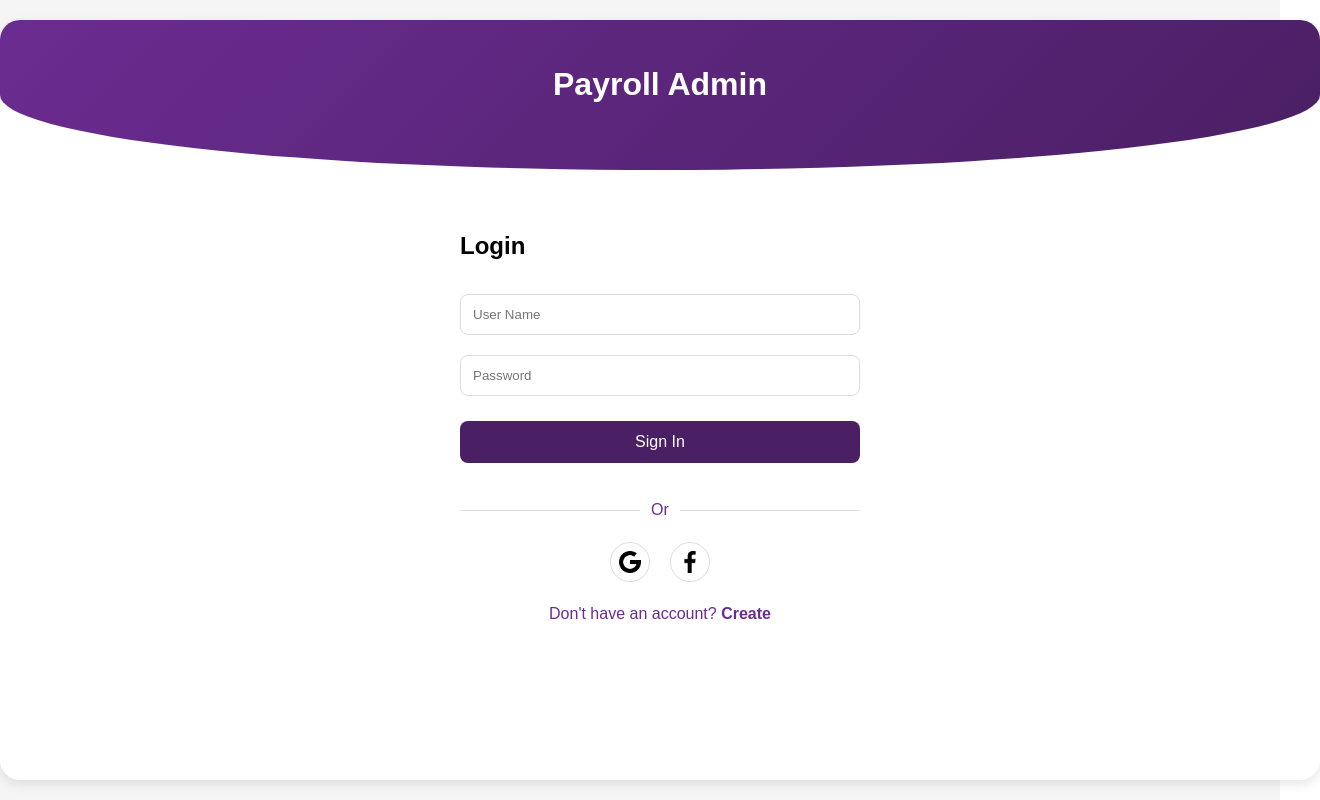
Repository: nino-pixel/payrolllatest
Page: / (app in web_vue/)
These files come from the project's save history. The page is drawn as it stood at one moment and after the next save; the edit follows.
The browser window is 1280 px wide. The page is 1320 px wide, then 1280 px, so the pictures cover 1320 px, including what lies to the right of the window. The pictures show the whole page.
The project was rebuilt for these pictures with package versions that can differ from the ones it lists, and the page was loaded fresh each time. Also part of the build but not shown: web_vue/vite.config.js, web_vue/src/components/sign_up.vue, web_vue/src/components/dashboard.vue, web_vue/src/components/employee_management.vue, web_vue/src/components/attendance_management.vue, web_vue/src/components/generate_payroll.vue, web_vue/src/components/mark_attendance_manually.vue, web_vue/src/components/view_payment_history.vue and 2 more.

Above is the page before, as saved 2024-12-20 09:38:39.

### web_vue/src/main.js
import { createApp } from 'vue'
import './style.css'
import App from './App.vue'
import router from './router'
import html2pdf from 'html2pdf.js';
// ECharts imports
import VChart from 'vue-echarts'
import { use } from 'echarts/core'
import { CanvasRenderer } from 'echarts/renderers'
import { PieChart, LineChart, BarChart, GaugeChart } from 'echarts/charts'
import {
  TitleComponent,
  TooltipComponent,
  LegendComponent,
  GridComponent
} from 'echarts/components'

// Register ECharts components
use([
  CanvasRenderer,
  PieChart,
  LineChart,
  BarChart,
  GaugeChart,
  TitleComponent,
  TooltipComponent,
  LegendComponent,
  GridComponent
])

const app = createApp(App)
app.component('v-chart', VChart)
app.use(router)
app.mount('#app')

### web_vue/src/style.css
:root {
  font-family: Inter, system-ui, Avenir, Helvetica, Arial, sans-serif;
  line-height: 1.5;
  font-weight: 400;
  color-scheme: light dark;
  color: rgba(255, 255, 255, 0.87);
  background-color: #242424;
  font-synthesis: none;
  text-rendering: optimizeLegibility;
  -webkit-font-smoothing: antialiased;
  -moz-osx-font-smoothing: grayscale;
}

body {
  margin: 0;
  padding: 0;
  min-height: 100vh;
  width: 100%;
}

/* Remove the centering and width constraints */
#app {
  max-width: none;
  margin: 0;
  padding: 0;
  width: 100%;
  min-height: 100vh;
}

/* Adjust other styles */
.card {
  padding: 2em;
  width: 100%;
  box-sizing: border-box;
}

button {
  border-radius: 8px;
  border: 1px solid transparent;
  padding: 0.6em 1.2em;
  font-size: 1em;
  font-weight: 500;
  font-family: inherit;
  background-color: #1a1a1a;
  cursor: pointer;
  transition: border-color 0.25s;
}

/* Media query adjustments */
@media (prefers-color-scheme: light) {
  :root {
    color: #213547;
    background-color: #ffffff;
  }
  a:hover {
    color: #747bff;
  }
  button {
    background-color: #f9f9f9;
  }
}

### web_vue/src/App.vue
<template>
  <div id="app">
    <Sidebar v-if="showSidebar" :is-collapsed="isSidebarCollapsed" @toggle="toggleSidebar" />
    <div :class="['main-content', { 'with-sidebar': showSidebar && !isSidebarCollapsed }]">
      <router-view />
    </div>
  </div>
</template>

<script>
import Sidebar from './components/Sidebar.vue'

export default {
  name: 'App',
  components: {
    Sidebar
  },
  data() {
    return {
      isSidebarCollapsed: false
    }
  },
  computed: {
    showSidebar() {
      const noSidebarRoutes = ['/login', '/signup'];
      return !noSidebarRoutes.includes(this.$route.path);
    }
  },
  methods: {
    toggleSidebar() {
      this.isSidebarCollapsed = !this.isSidebarCollapsed;
    }
  }
}
</script>

<style>
/* App styling remains mostly the same */

#app {
  font-family: Arial, sans-serif;
  display: flex;
  min-height: 100vh;
  background: #f5f5f5;
}

.main-content {
  flex: 1;
  transition: margin-left 0.3s ease;
  min-height: 100vh;
}

/* When sidebar is visible and not collapsed */
.main-content.with-sidebar {
  margin-left: 250px; /* Sidebar expanded width */
}

/* When sidebar is collapsed */
.main-content.with-sidebar.collapsed {
  margin-left: 60px; /* Sidebar collapsed width */
}

@media (max-width: 768px) {
  .main-content.with-sidebar {
    margin-left: 60px; /* Adjust for smaller screens */
  }

  .main-content.with-sidebar.collapsed {
    margin-left: 0;
  }
}
</style>

### web_vue/src/router/index.js
import { createRouter, createWebHistory } from 'vue-router'
import LoginPage from '../components/login_page.vue'
import SignupPage from '../components/sign_up.vue'
import Dashboard from '../components/dashboard.vue'
import EmployeeManagement from '../components/employee_management.vue'
import AttendanceManagement from '../components/attendance_management.vue'
import GeneratePayroll from '../components/generate_payroll.vue'
import MarkAttendanceManually from '../components/mark_attendance_manually.vue'
import ViewPaymentHistory from '../components/view_payment_history.vue'
import SalaryAdjustment from '../components/salary_adjustment.vue'
import reports_and_analytics from '../components/reports_and_analytics.vue'
import Sidebar from '../components/Sidebar.vue'
const routes = [
  {
    path: '/login',
    name: 'Login',
    component: LoginPage,
    meta: { requiresAuth: false },
    layout: 'no-sidebar'  // Add this meta field


  },
  {
    path: '/',
    redirect: '/dashboard'
  },
  {
    path: '/signup',
    name: 'Signup',
    component: SignupPage,
    meta: { requiresAuth: false },
    layout: 'no-sidebar'  // Add this meta field


  },
  {
    path: '/dashboard',
    name: 'Dashboard',
    component: Dashboard,
    meta: { requiresAuth: true }

  },
  {
    path: '/employees',
    name: 'Employees',
    component: EmployeeManagement,
    meta: { requiresAuth: true }

  },
  {
    path: '/attendance',
    name: 'Attendance',
    component: AttendanceManagement,
    meta: { requiresAuth: true }

  },
  {
    path: '/generate_payroll',
    name: 'GeneratePayroll',
    component: GeneratePayroll
  },
  {
    path: '/mark_attendance_manually',
    name: 'MarkAttendanceManually',
    component: MarkAttendanceManually
  },
  {
    path: '/view_payment_history',
    name: 'ViewPaymentHistory',
    component: ViewPaymentHistory
  },
  {
    path: '/salary_adjustment',
    name: 'SalaryAdjustment',
    component: SalaryAdjustment
  },
  {
    path: '/reports_and_analytics',
    name: 'ReportsAndAnalytics',
    component: reports_and_analytics
  },


  // Add other routes here as needed
]

const router = createRouter({
  history: createWebHistory(),
  routes
})
router.beforeEach((to, from, next) => {
  const isAuthenticated = !!localStorage.getItem('token')

  // If route requires auth and user is not authenticated
  if (to.meta.requiresAuth && !isAuthenticated) {
    next('/login')
  }
  // If trying to access login/signup while authenticated
  else if ((to.path === '/login' || to.path === '/signup') && isAuthenticated) {
    next('/dashboard')
  }
  // Otherwise proceed normally
  else {
    next()
  }
})
export default router

### web_vue/src/components/Sidebar.vue
<template>
  <div class="layout">
    <div
      class="sidebar"
      :class="{ collapsed: isCollapsed }"
      :style="{ left: isSidebarVisible ? '0' : '-250px' }"
    >
      <div class="sidebar-header">
        <img src="../assets/payroll_logo.png" alt="PayrollEmp" class="logo" />
      </div>

      <nav class="sidebar-nav">
        <router-link to="/dashboard" class="nav-item">
          <i class="fas fa-chart-line"></i>
          <span v-if="!isCollapsed">Dashboard</span>
        </router-link>

        <div class="nav-group">
          <div class="nav-group-title" v-if="!isCollapsed">Employee Management</div>
          <router-link to="/employees" class="nav-item">
            <i class="fas fa-users"></i>
            <span v-if="!isCollapsed">Employees</span>
          </router-link>
          <router-link to="/salary_adjustment" class="nav-item">
            <i class="fas fa-money-bill-wave"></i>
            <span v-if="!isCollapsed">Salary Adjustment</span>
          </router-link>
        </div>

        <div class="nav-group">
          <div class="nav-group-title" v-if="!isCollapsed">Attendance</div>
          <router-link to="/attendance" class="nav-item">
            <i class="fas fa-calendar-check"></i>
            <span v-if="!isCollapsed">Attendance Management</span>
          </router-link>
          <router-link to="/mark_attendance_manually" class="nav-item">
            <i class="fas fa-clock"></i>
            <span v-if="!isCollapsed">Mark Attendance</span>
          </router-link>
        </div>

        <div class="nav-group">
          <div class="nav-group-title" v-if="!isCollapsed">Payroll</div>
          <router-link to="/generate_payroll" class="nav-item">
            <i class="fas fa-file-invoice-dollar"></i>
            <span v-if="!isCollapsed">Generate Payroll</span>
          </router-link>
          <router-link to="/view_payment_history" class="nav-item">
            <i class="fas fa-history"></i>
            <span v-if="!isCollapsed">Payment History</span>
          </router-link>
        </div>

        <router-link to="/reports_and_analytics" class="nav-item">
          <i class="fas fa-chart-bar"></i>
          <span v-if="!isCollapsed">Reports & Analytics</span>
        </router-link>
      </nav>

      <div class="sidebar-footer">
        <div class="minimize-btn-container">
          <button class="collapse-btn" @click="toggleSidebar">
            <i :class="isCollapsed ? 'fas fa-chevron-right' : 'fas fa-chevron-left'"></i>
          </button>
        </div>

        <div class="logout-container">
          <button class="logout-btn" @click="handleLogout">
            <i class="fas fa-sign-out-alt"></i>
            <span v-if="!isCollapsed">Logout</span>
          </button>
        </div>
      </div>
    </div>

    <div class="content" :class="{ expanded: isCollapsed }">
      <router-view />
    </div>
  </div>
</template>

<script>
export default {
  name: "Sidebar",
  data() {
    return {
      isCollapsed: false,
      isSidebarVisible: true,
    };
  },
  watch: {
    $route(to) {
      const noSidebarRoutes = ["/login", "/signup"];
      this.isSidebarVisible = !noSidebarRoutes.includes(to.path);
    },
  },
  methods: {
    toggleSidebar() {
      this.isCollapsed = !this.isCollapsed;
    },
    handleLogout() {
      if (confirm("Are you sure you want to logout?")) {
        localStorage.removeItem("token");
        localStorage.removeItem("user");
        this.$router.push("/login");
      }
    },
  },
  mounted() {
    const noSidebarRoutes = ["/login", "/signup"];
    this.isSidebarVisible = !noSidebarRoutes.includes(this.$route.path);
  },
};
</script>

<style scoped>
.sidebar {
  width: 250px;
  height: 100vh;
  background: linear-gradient(135deg, #660066, #cc66ff);
  color: white;
  position: fixed;
  left: 0;
  top: 0;
  transition: all 0.3s ease;
  z-index: 100;
  display: flex;
  flex-direction: column;
}


.sidebar.collapsed {
  width: 60px; /* Minimized width */
}

.sidebar-header {
  padding: 0.5rem;
  display: flex;
  align-items: center;
  justify-content: center;
  border-bottom: 1px solid rgba(255, 255, 255, 0.1);
  min-height: 50px;
}
.content {
  margin-left: 250px;
  transition: margin-left 0.3s ease;
  width: calc(100% - 250px);
}
.content.expanded {
  margin-left: 60px;
  width: calc(100% - 60px);
}
.logo {
  height: 45px;
  width: 45px;
  border-radius: 360%;
}

.sidebar-nav {
  padding: 0.3rem 0;
  flex: 1;
  display: flex;
  flex-direction: column;
  gap: 0.2rem;
}

.nav-item {
  display: flex;
  align-items: center;
  padding: 0.3rem 1rem;
  color: white;
  text-decoration: none;
  transition: all 0.3s ease;
  gap: 0.75rem;
  height: 32px;
  font-size: 0.85rem;
}
.nav-item:hover {
  background: rgba(255, 255, 255, 0.1);
}
.nav-item i {
  width: 20px;
  text-align: center;
  font-size: 0.9rem;
}

.sidebar-footer {
  border-top: 1px solid rgba(255, 255, 255, 0.1);
  margin-top: auto;
}

.minimize-btn-container {
  height: 32px;
  padding: 0.3rem;
  display: flex;
  justify-content: center;
  border-bottom: 1px solid rgba(255, 255, 255, 0.1);
}
.collapse-btn {
  background: none;
  border: none;
  color: white;
  cursor: pointer;
  width: 100%;
  height: 32px;
  transition: all 0.3s ease;
}
.layout {
  display: flex;
  width: 100%;
  height: 100vh;
}
@media (max-width: 768px) {
  .sidebar {
    width: 60px;
  }
}


.content {
    margin-left: 60px;
    width: calc(100% - 60px);
  }

  .sidebar.collapsed {
    width: 0;
    overflow: hidden;
  }

  .content.expanded {
    margin-left: 0;
    width: 100%;
  }
</style>

### web_vue/src/components/login_page.vue
<template>
  <div class="login-container">
    <div class="wave-bg"></div>
    <h1>Payroll Admin</h1>

    <div class="login-form">
      <h2>Login</h2>
      <input
        type="text"
        v-model="username"
        placeholder="User Name"
        required
      >
      <input
        type="password"
        v-model="password"
        placeholder="Password"
        required
      >
      <!-- Error message display -->
      <div v-if="error" class="error-message">
        {{ error }}
      </div>
      <button
        class="sign-in"
        @click="handleLogin"
      >
        Sign In
      </button>

      <div class="divider">
        <span>Or</span>
      </div>

      <div class="social-login">
        <button class="google" @click="handleGoogleLogin">
          <img src="../assets/google-icon.png" alt="Google">
        </button>
        <button class="facebook" @click="handleFacebookLogin">
          <img src="../assets/facebook-icon.png" alt="Facebook">
        </button>
      </div>

      <p class="signup-link">
        Don't have an account?
        <router-link :to="{ path: '/signup' }">Create</router-link>
      </p>
    </div>
  </div>
</template>

<script>
export default {
  name: 'LoginPage',
  data() {
    return {
      username: '',
      password: '',
      error: ''
    }
  },
  methods: {
    handleLogin() {
      // Basic validation
      if (!this.username || !this.password) {
        this.error = 'Please enter both username and password';
        return;
      }

      // Clear any previous errors
      this.error = '';

      // Store dummy token and user data
      localStorage.setItem('token', 'dummy-token');
      localStorage.setItem('user', JSON.stringify({ username: this.username }));
        // Force a page reload after setting token
        window.location.href = '/dashboard';
      // Redirect to dashboard
      this.$router.push('/dashboard');
    },
    handleGoogleLogin() {
      localStorage.setItem('token', 'google-dummy-token');
      window.location.href = '/dashboard';
    },
    handleFacebookLogin() {
      console.log('Facebook login clicked');
      // For testing: direct login
      localStorage.setItem('token', 'facebook-dummy-token');
      this.$router.push('/dashboard');
    }
  }
}
</script>

<style scoped>
h2 {
  color: black;
}

body {
  margin: 0;
  font-family: Arial, sans-serif;
  background: #f5f5f5;
}

.login-container {
  width: 100%;
  position: relative;
  min-height: 100vh;
  margin: 20px auto;
  padding: 20px;
  background: white;
  border-radius: 20px;
  box-shadow: 0 4px 12px rgba(0,0,0,0.1);
  display: flex;
  flex-direction: column;
  align-items: center;
}

.wave-bg {
  position: absolute;
  top: 0;
  left: 0;
  right: 0;
  height: 150px;
  background: linear-gradient(135deg, #6b2c91, #4a1f64);
  border-radius: 20px 20px 50% 50%;
}

h1 {
  color: white;
  position: relative;
  margin: 20px;
}

.login-form {
  padding: 20px;
  margin-top: 60px;
  width: 100%;
  max-width: 400px; /* Added max-width for better form sizing */
}

input {
  width: 100%;
  padding: 12px;
  margin: 10px 0;
  border: 1px solid #ddd;
  border-radius: 8px;
  box-sizing: border-box;
  transition: border-color 0.3s ease; /* Smooth transition for focus */
}

input:focus {
  outline: none;
  border-color: #6b2c91;
  box-shadow: 0 0 0 2px rgba(107, 44, 145, 0.1);
}

.sign-in {
  width: 100%;
  padding: 12px;
  background: #4a1f64;
  color: white;
  border: none;
  border-radius: 8px;
  margin: 15px 0;
  cursor: pointer;
  transition: background-color 0.3s ease;
}

.sign-in:hover {
  background: #5a2574;
}

/* New error message style */
.error-message {
  background-color: rgba(220, 53, 69, 0.1);
  color: #dc3545;
  padding: 10px;
  border-radius: 8px;
  margin: 10px 0;
  text-align: center;
  font-size: 0.9rem;
}

.divider {
  text-align: center;
  margin: 20px 0;
  position: relative;
  color: #6b2c91;
}

.divider::before,
.divider::after {
  content: "";
  position: absolute;
  top: 50%;
  width: 45%;
  height: 1px;
  background: #ddd;
}

.divider::before { left: 0; }
.divider::after { right: 0; }

.social-login {
  display: flex;
  justify-content: center;
  gap: 20px;
}

.social-login button {
  width: 40px;
  height: 40px;
  border-radius: 50%;
  border: 1px solid #ddd;
  background: white;
  cursor: pointer;
  padding: 8px;
  transition: transform 0.3s ease, box-shadow 0.3s ease;
}

.social-login button:hover {
  transform: translateY(-2px);
  box-shadow: 0 4px 8px rgba(0,0,0,0.1);
}

.social-login img {
  width: 100%;
  height: 100%;
  object-fit: contain;
}

.signup-link {
  text-align: center;
  margin-top: 20px;
  color: #6b2c91;
}

.signup-link a {
  color: #6b2c91;
  text-decoration: none;
  font-weight: bold;
  transition: color 0.3s ease;
}

.signup-link a:hover {
  color: #4a1f64;
}

/* Responsive adjustments */
@media (max-width: 768px) {
  .login-container {
    margin: 0;
    border-radius: 0;
  }

  .wave-bg {
    border-radius: 0 0 50% 50%;
  }

  .login-form {
    padding: 15px;
  }
}
</style>

After the next save:
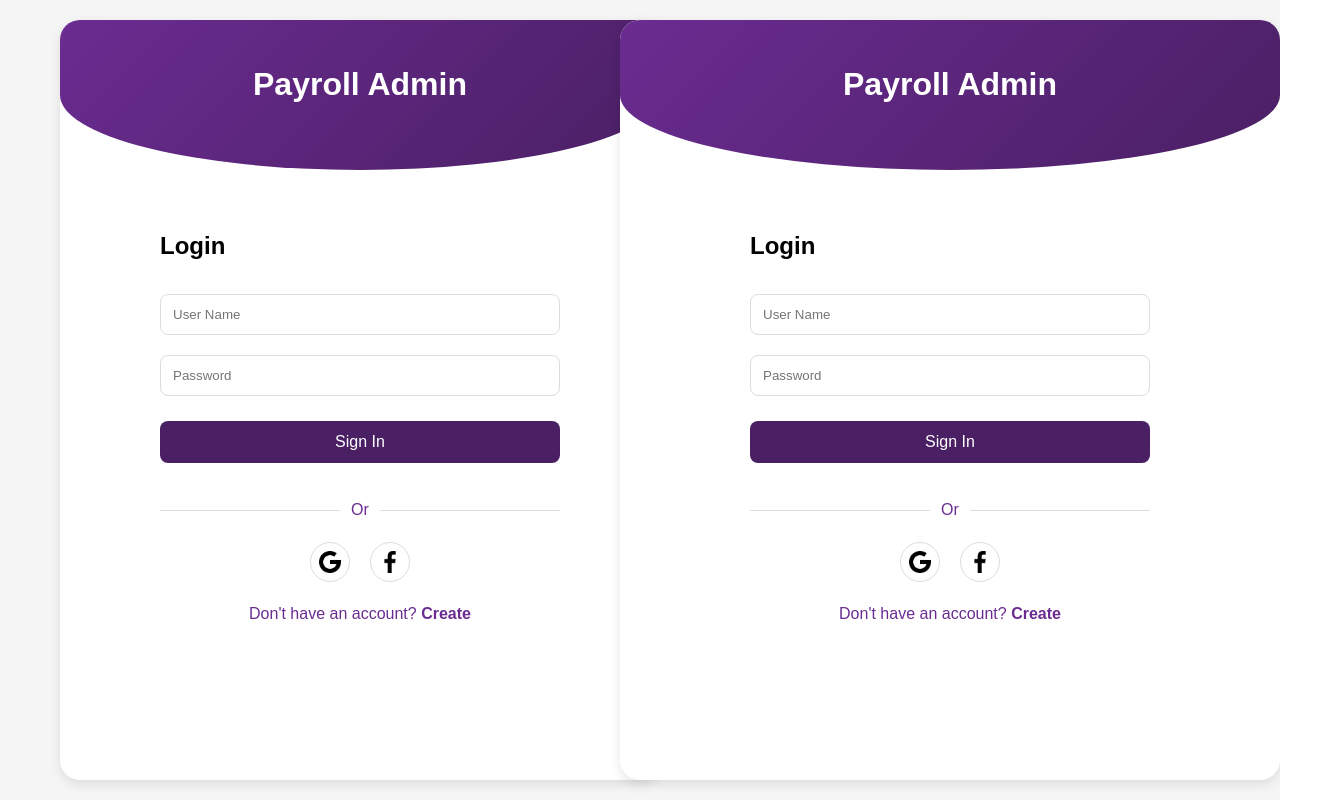
Saved 6 s later.
--- a/web_vue/src/App.vue
+++ b/web_vue/src/App.vue
@@ -1,9 +1,7 @@
 <template>
   <div id="app">
-    <Sidebar v-if="showSidebar" :is-collapsed="isSidebarCollapsed" @toggle="toggleSidebar" />
-    <div :class="['main-content', { 'with-sidebar': showSidebar && !isSidebarCollapsed }]">
-      <router-view />
-    </div>
+    <Sidebar />
+    <router-view />
   </div>
 </template>
 
@@ -14,26 +12,9 @@ export default {
   name: 'App',
   components: {
     Sidebar
-  },
-  data() {
-    return {
-      isSidebarCollapsed: false
-    }
-  },
-  computed: {
-    showSidebar() {
-      const noSidebarRoutes = ['/login', '/signup'];
-      return !noSidebarRoutes.includes(this.$route.path);
-    }
-  },
-  methods: {
-    toggleSidebar() {
-      this.isSidebarCollapsed = !this.isSidebarCollapsed;
-    }
   }
 }
 </script>
-
 <style>
 /* App styling remains mostly the same */
 
